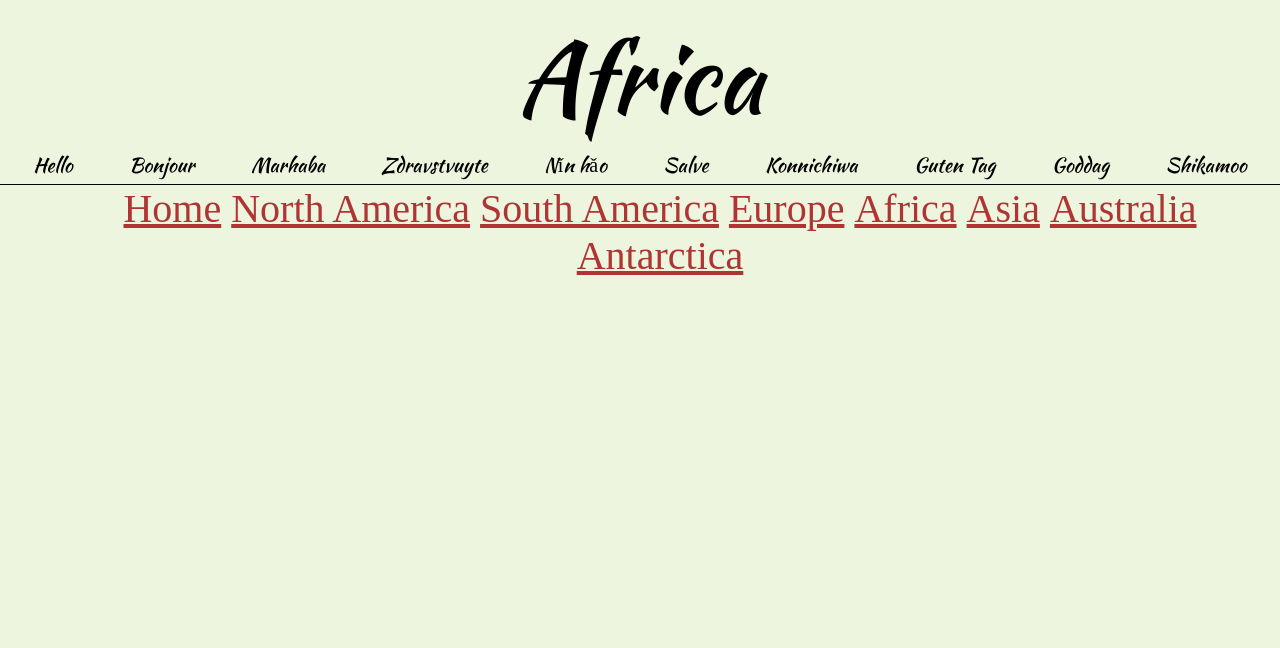
Repository: alharama/StaticWebsite
Page: af_page.html
An editor plug-in stored every save of this project. The page is shown before and after the next save, followed by the edit.
The browser window is 1280 px wide. The pictures show the whole page.

Above is the page before, as saved 2021-09-20 23:14:24.

After the next save:
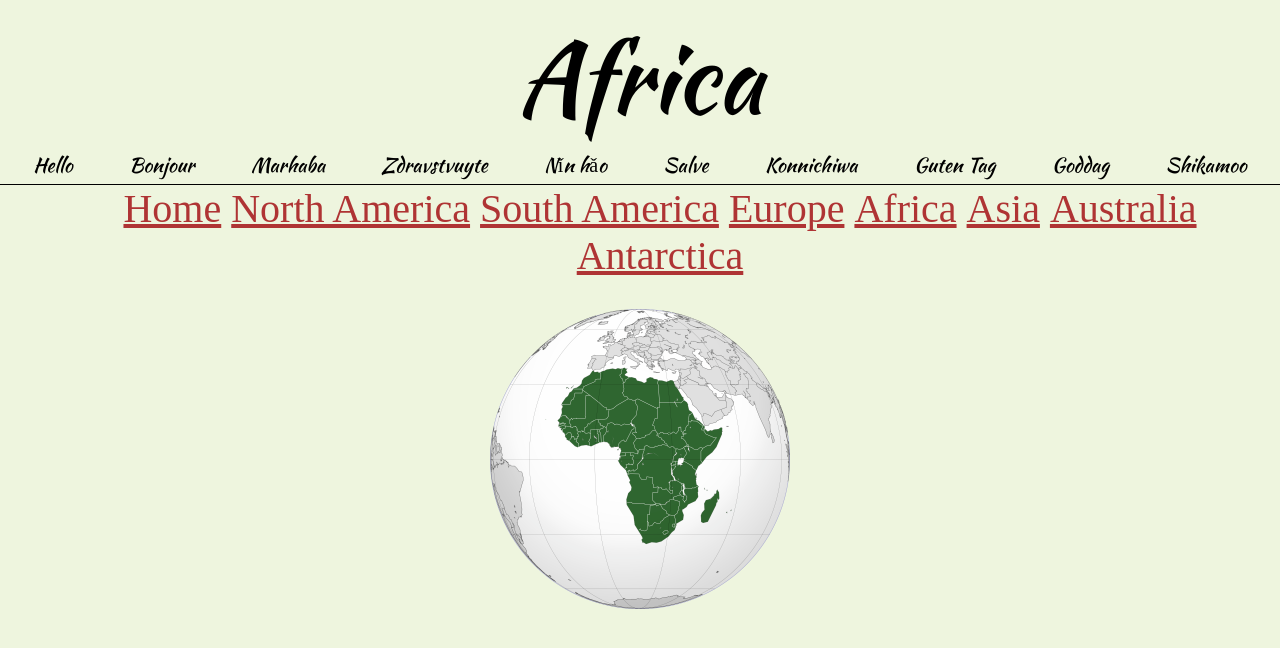
Saved 33 s later.
--- a/af_page.html
+++ b/af_page.html
@@ -58,6 +58,15 @@
             justify-content:space-around;
         }
 
+        #af {
+            display: block;
+            margin-left: auto;
+            margin-right: auto;
+            margin-top: 30px;
+            width: auto;
+            height: 300px;
+
+        }
 
     </style>
 
@@ -99,6 +108,7 @@
 
 
 
+        <img id="af" src="Africa.png" alt="Africa">
 
 
 
